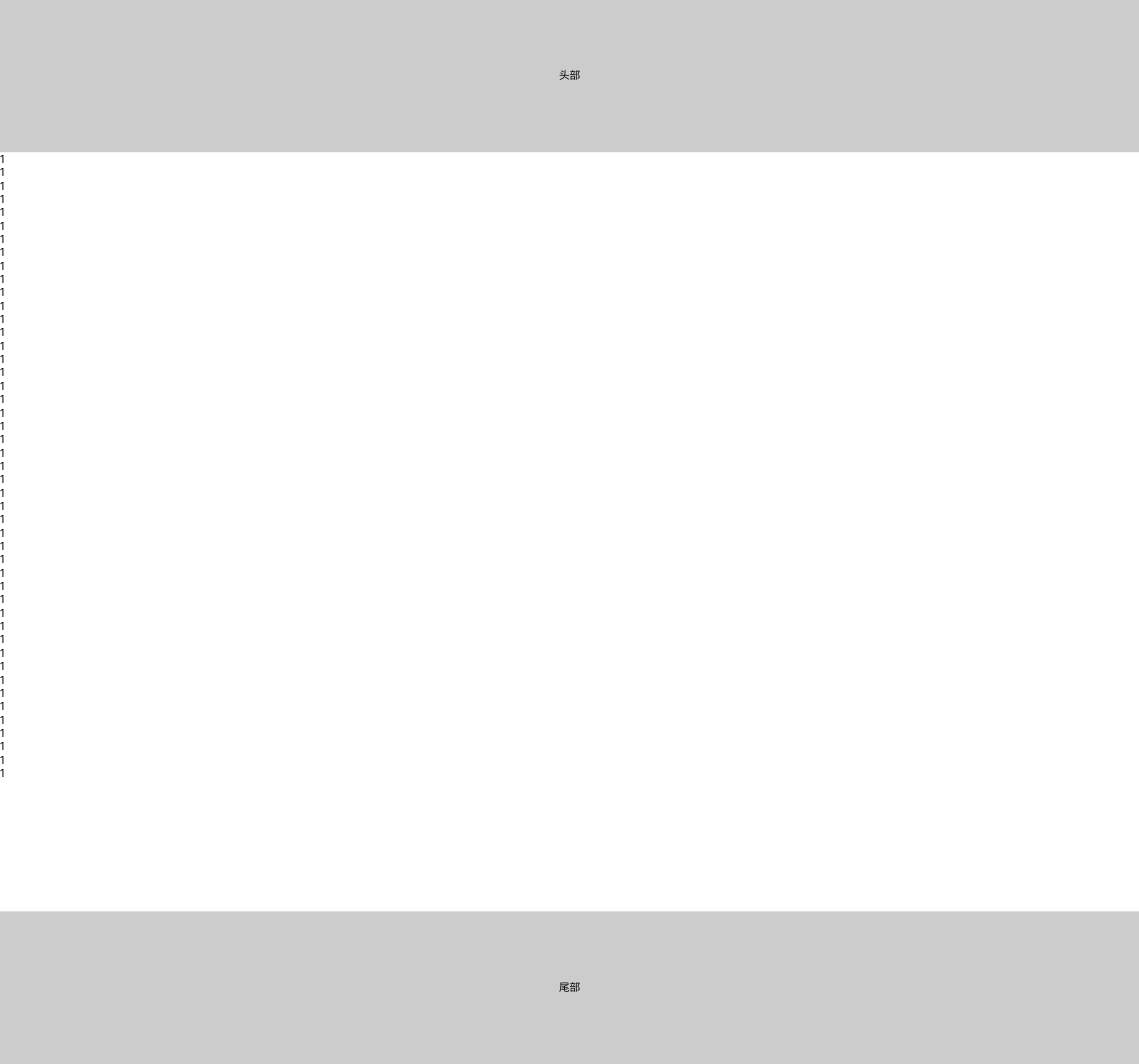
Repository: zjb17395046959/h5-
Page: index.html
These files come from the project's save history. The page is drawn as it stood at one moment and after the next save; the edit follows.
The browser window is 1280 px wide. The pictures show the whole page, at 89% of full size.
The style sheet was rebuilt from its Sass, Less or Tailwind sources for each picture, by a compiler version that may differ from the author's.

Above is the page before, as saved 2020-09-14 16:08:55.

After the next save:
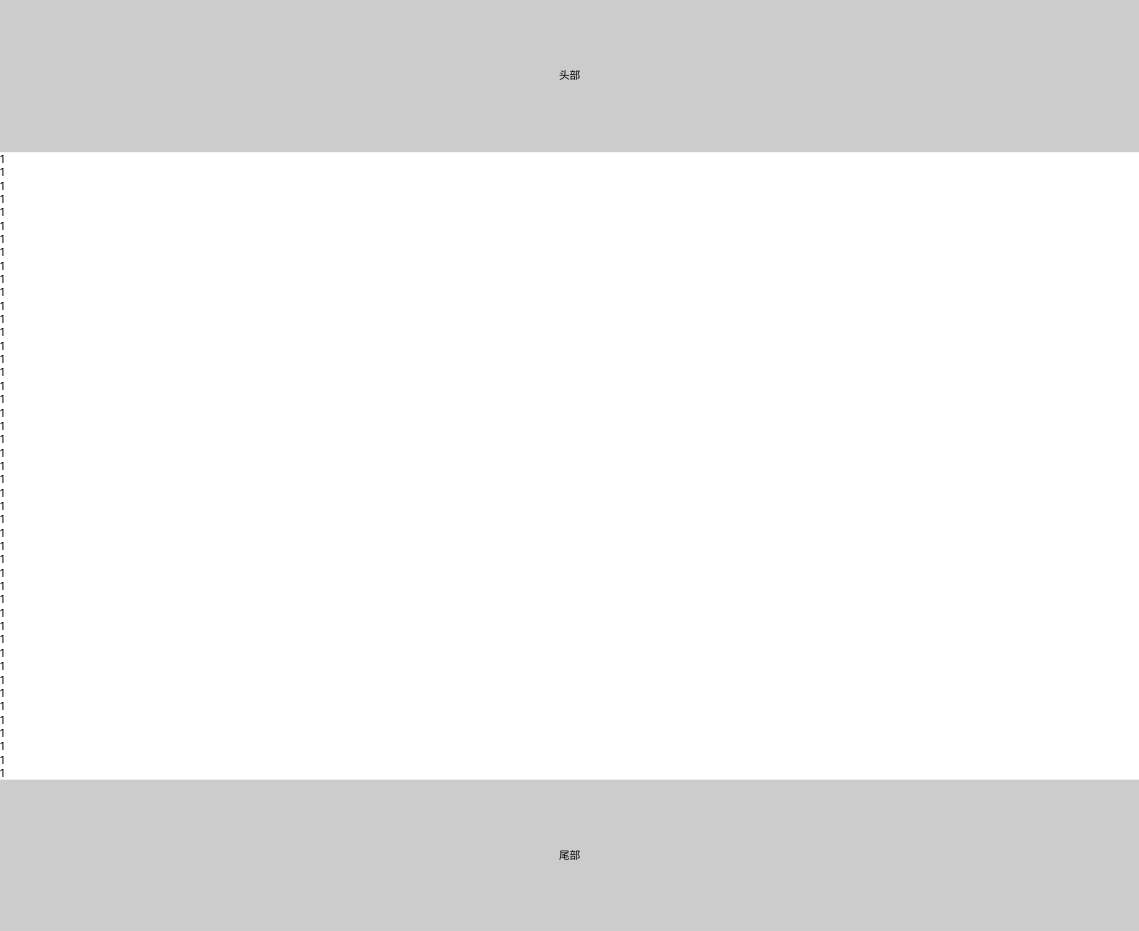
Saved 11 s later.
--- a/css/index.less
+++ b/css/index.less
@@ -18,7 +18,7 @@
     }
     .content{
         // flex: 1;
-        .vw(height,500);
+        // .vw(height,500);
         overflow: auto;
     }
     footer{
